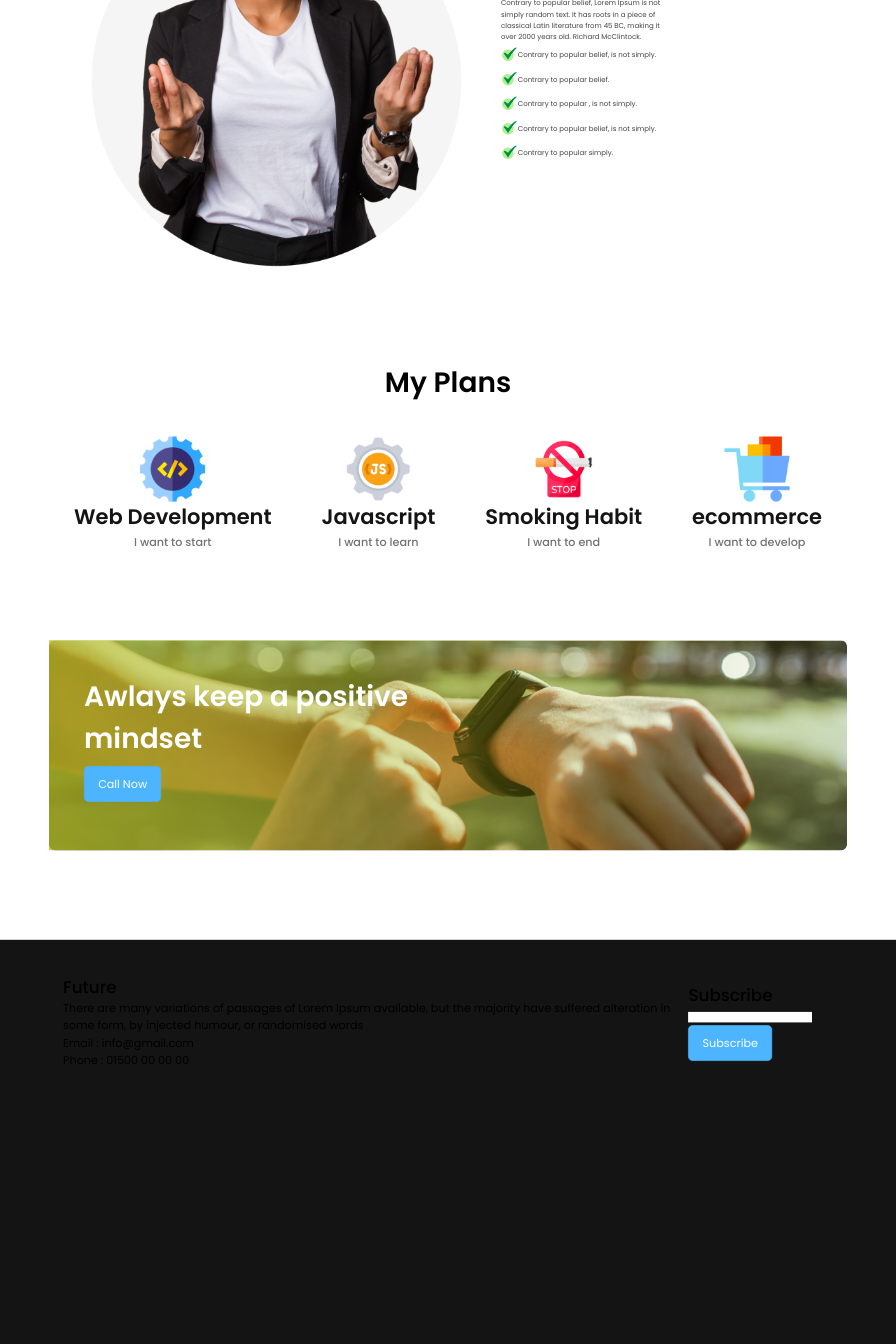
Repository: mdrubel02/new-year-new-mission
Page: index.html
These files come from the project's save history. The page is drawn as it stood at one moment and after the next save; the edit follows.
The browser window is 1280 px wide. The pictures show the part of the page from y = 1191 to 3111 px (the page is 3111 px tall), at 70% of full size.

Above is the page before, as saved 2023-01-07 01:39:41.

After the next save:
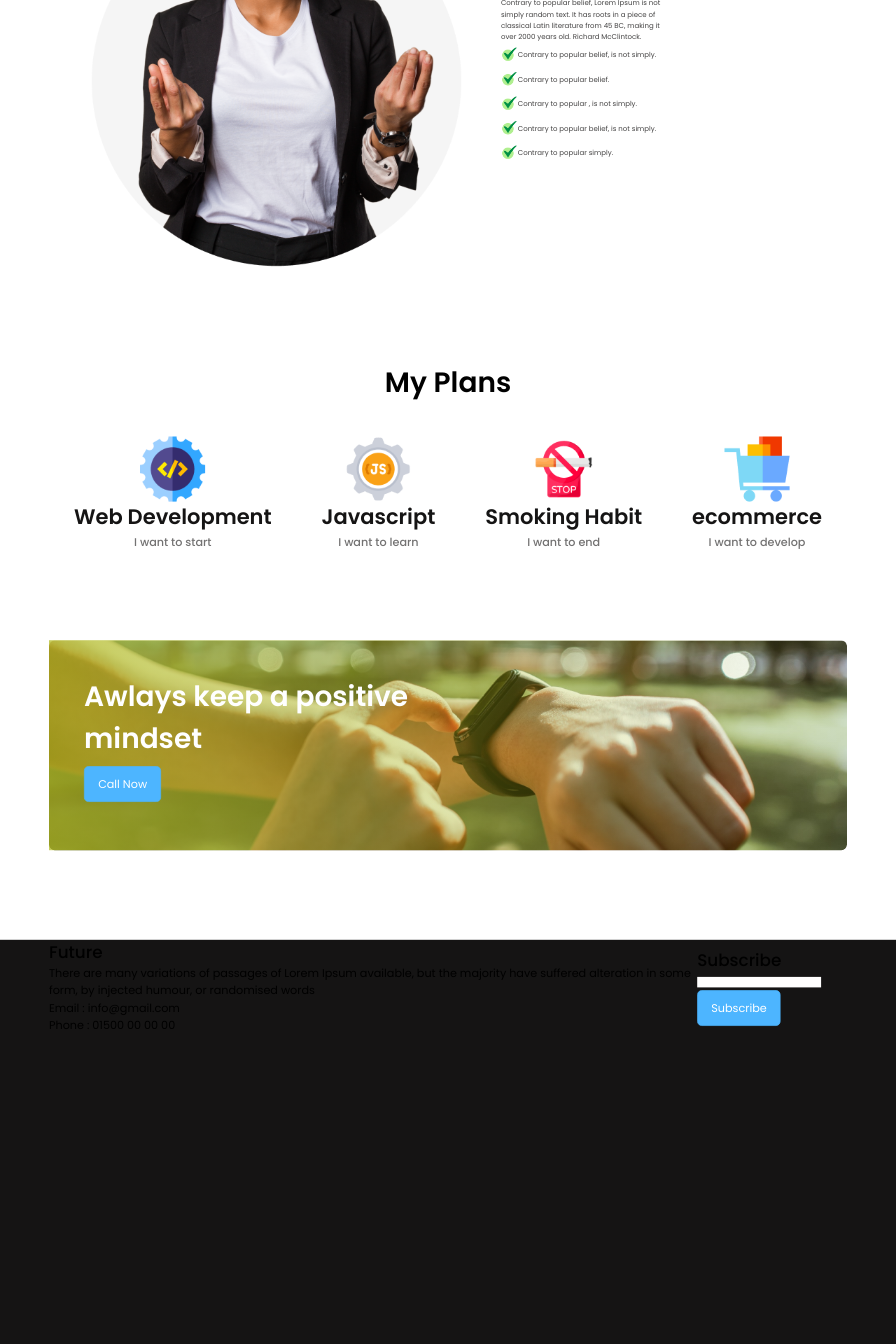
Saved 39 s later.
--- a/index.css
+++ b/index.css
@@ -224,5 +224,5 @@ a:hover {
     display: flex;
     justify-content: space-around;
     align-items: center;
-    padding: 50px;
-}
+    margin-top: 50px;
+}
